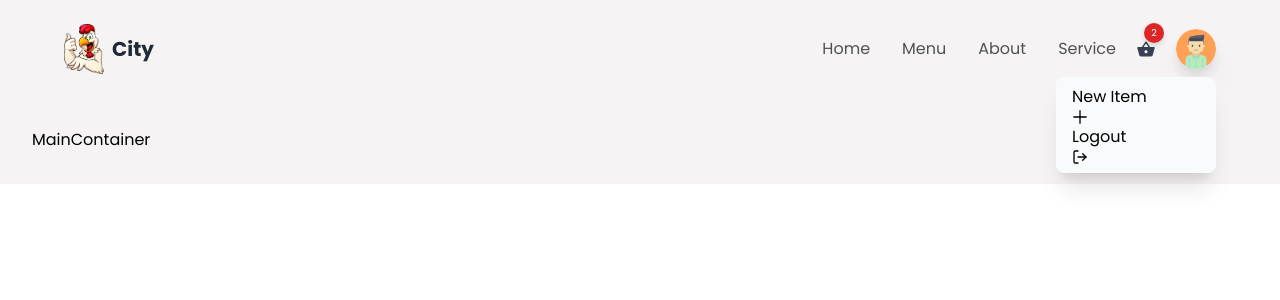
Repository: shikubro90/foodApp
Page: /
The author's editor kept a copy of each file at every save. The page is drawn from the files as they stood at one save, then again after a run of saves.
The browser window is 1280 px wide. The pictures show the whole page.
The project was rebuilt for these pictures with package versions that can differ from the ones it lists, and the page was loaded fresh each time. Also part of the build but not shown: src/Components/CreateContainer.jsx.

Above is the page before, as saved 2022-09-21 19:28:48.

### src/index.js
import React from 'react'
import ReactDOM from 'react-dom/client'
import './index.css'
import App from './App'

import {BrowserRouter} from 'react-router-dom'

import {StateProvider} from './context/StateProvider'
import {initialState} from './context/InitialState'
import reducer from './context/reducer'

const root = ReactDOM.createRoot(document.getElementById('root'));
root.render(
  <React.StrictMode>
    <BrowserRouter>
      <StateProvider initialState={initialState} reducer={reducer}>
        <App />
      </StateProvider>
    </BrowserRouter>
  </React.StrictMode>
);

### src/index.css
@import url(https://fonts.googleapis.com/css?family=Poppins:100,100italic,200,200italic,300,300italic,regular,italic,500,500italic,600,600italic,700,700italic,800,800italic,900,900italic);

*{
    margin: 0;
    padding: 0;
    box-sizing: border-box;
}
body{
    font-family: "Poppins", sans-serif, system-ui, -apple-system, BlinkMacSystemFont, 'Segoe UI', Roboto, Oxygen, Ubuntu, Cantarell, 'Open Sans', 'Helvetica Neue', sans-serif;
}

html, body{
    scroll-behavior: smooth;
}

@tailwind base;
@tailwind components;
@tailwind utilities;

@layer components {
    .newDishCard {
      @apply w-225 h-auto p-4 rounded-2xl shadow-2xl duration-100 ease-in-out bg-cardColor backdrop-blur-md hover:shadow-none hover:bg-gradient-to-bl from-emerald-400 to-emerald-700 flex flex-col items-center justify-center relative;
    }
  }

### src/App.js
import React from 'react'
import { Header, CreateContainer, MainContainer } from './Components'
import {Route, Routes} from 'react-router-dom'
import {AnimatePresence} from 'framer-motion'

const App = () => {
  return (
    <AnimatePresence>
      <div className="w-screen h-auto flex flex-col bg-primary ">
          <Header/>
          <main className='mt-24 p-8 w-full'>
            <Routes>
              <Route path='/' element={<MainContainer/>}/>
              <Route path='create' element={<CreateContainer/>}/>
            </Routes>
          </main>
      </div>
    </AnimatePresence>
  )
}

export default App

### src/context/InitialState.js
import { fetchUser } from "../utils/localStorageData"

const userInfo = fetchUser()

export const initialState = {
    user: userInfo,


}

### src/context/reducer.js
export const actionType = {
    SET_USER : "SET_USER"
};

const reducer = (state, action) =>{
    switch (action.type) {
        case actionType.SET_USER:
          return {
            ...state,
            user: action.user,
          };
        default :
        return state;
    }
}

export default reducer;

### src/Components/index.js
export {default as Header} from './Header'
export {default as MainContainer} from './MainContainer'
export {default as CreateContainer} from './CreateContainer'

### src/utils/localStorageData.js
export const fetchUser =()=>{
    const userInfo = localStorage.getItem("user") !== "undefined" ?
    JSON.parse(localStorage.getItem("user")): localStorage.clear();

    return userInfo
}

### src/Components/Header.jsx
import logo from '../img/logo.png'
import { IoMdBasket } from 'react-icons/io'
import {GrAdd} from 'react-icons/gr'
import {FiLogOut} from 'react-icons/fi'
import Avatar from '../img/avatar.png'
import { motion } from 'framer-motion'
import { Link, NavLink } from 'react-router-dom'

// firebase auth
import { getAuth, GoogleAuthProvider, signInWithPopup } from 'firebase/auth'

// get app from firebase.config.js file
import { app } from '../Firebase.config'
import { useStateValue } from '../context/StateProvider'
import { actionType } from '../context/reducer'


const Header = () => {

  const firebaseAuth = getAuth(app)
  const provider = new GoogleAuthProvider()
  const [{ user }, dispatch] = useStateValue();


  const login = async () => {
    if (!user){
      const {
        user: {refreshToken, providerData }
      } = await signInWithPopup(firebaseAuth, provider)
      dispatch({
        type: actionType.SET_USER,
        user: providerData[0],
      })
      localStorage.setItem("user", JSON.stringify(providerData[0]))
    }
  }


  return (
    <div className="fixed z-50 w-screen p-3 px-4 md:p-6 md:px-16 bg-primary">
      {/* Desktop & Tablet */}
      <div className="hidden md:flex w-full h-full items-center justify-between">
        <NavLink to={'/'}>
          <motion.div
            whileTap={{ scale: 0.6 }}
            className="flex items-center gap-2"
          >
            <img src={logo} alt="logo" className="w-10 object-cover" />
            <p className="text-gray-800 text-xl font-bold">City</p>
          </motion.div>
        </NavLink>

        <div className="flex justify-center items-center">
          <ul className="flex items-center justify-center gap-8 ml-auto">
            <li className="text-base text-textColor cursor-pointer hover:text-gray-600 duration-100 ease-in-out">
              Home
            </li>
            <li className="text-base text-textColor cursor-pointer hover:text-gray-600 duration-100 ease-in-out">
              Menu
            </li>
            <li className="text-base text-textColor cursor-pointer hover:text-gray-600 duration-100 ease-in-out">
              About
            </li>
            <li className="text-base text-textColor cursor-pointer hover:text-gray-600 duration-100 ease-in-out">
              Service
            </li>
          </ul>

          <div className="relative flex items-center justify-center ml-5 cursor-pointer">

            <motion.div whileTap={{ scale: 0.6 }}>
              <IoMdBasket className="text-xl text-gray-700" />
              <motion.span
                whileHover={{ scale: 1.1 }}
                className="drop-shadow-md rounded-full w-5 h-5 bg-cart bg-car bg-red-600 flex justify-center items-center text-[.6rem] text-white -top-4 -right-2 absolute"
              >
                2
              </motion.span>
            </motion.div>

          </div>

          <div className="relative">

            <motion.img
              whileTap={{ scale: 0.6 }}
              src={user ? user.photoURL : Avatar}
              alt=""
              className="w-6 h-6 min-w-[40px] min-h-[40px] ml-5 cursor-pointer drop-shadow-xl rounded-full"
              onClick={login}
            />
            <div className='w-40 shadow-xl absolute bg-gray-50 right-0 top-12 rounded-lg flex flex-col px-4 py-2'>
              <p className=''>New Item <GrAdd/></p>
              <p className=''>Logout <FiLogOut/></p>
            </div>

          </div>
        </div>
      </div>

      {/* Mobile */}
      <div className="flex md:hidden w-full h-full bg-blue-400">Mobile</div>
    </div>
  )
}

export default Header

### src/Firebase.config.js
import {getApp, getApps, initializeApp} from "firebase/app"
import {getFirestore} from "firebase/firestore"
import {getStorage} from "firebase/storage"

const firebaseConfig = {
    apiKey: "AIzaSyAGBeUhrzzT-68kroIN5G62mBqU-b-5so0",
    authDomain: "foodapp-6e162.firebaseapp.com",
    databaseURL: "https://foodapp-6e162-default-rtdb.firebaseio.com",
    projectId: "foodapp-6e162",
    storageBucket: "foodapp-6e162.appspot.com",
    messagingSenderId: "875229452645",
    appId: "1:875229452645:web:13552ebbe293467d7f698c"
  };

const app = getApps.length>0? getApp() : initializeApp(firebaseConfig);
const fireStore = getFirestore(app)
const storage = getStorage(app)

export {app, fireStore, storage}

### tailwind.config.js
/** @type {import('tailwindcss').Config} */
module.exports = {
  content: ['./src/**/*.{js,jsx,ts,tsx}'],
  theme: {
    extend: {
      width: {
        150: "150px",
        190: "190px",
        225: "225px",
        275: "275px",
        300: "300px",
        340: "340px",
        350: "350px",
        375: "375px",
        460: "460px",
        656: "656px",
        880: "880px",
        508: "508px",
      },
      height: {
        80: "80px",
        150: "150px",
        225: "225px",
        300: "300px",
        340: "340px",
        370: "370px",
        420: "420px",
        510: "510px",
        600: "600px",
        650: "650px",
        685: "685px",
        800: "800px",
        "90vh": "90vh",
      },
      minWidth: {
        210: "210px",
        350: "350px",
        620: "620px",
      },
      screens: {
        sm: "640px",
        md: "768px",
        lg: "1024px",
        xl: "1280px",
        "2xl": "1536px",
      },
      colors: {
        headingColor: "#2e2e2e",
        textColor: "#515151",
        cartNumBg: "#e80013",
        primary: "#f5f3f3",
        cardOverlay: "rgba(256,256,256,0.4)",
        lighttextGray: "#9ca0ab",
        card: "rgba(256,256,256,0.8)",
        cartBg: "#282a2c",
        cartItem: "#2e3033",
        cartTotal: "#343739",
      },
    },
  },
  plugins: [],
}

Loaded but not shown: src/context/StateProvider.js (common file); src/Components/MainContainer.jsx (common file)

After the next 4 saves:
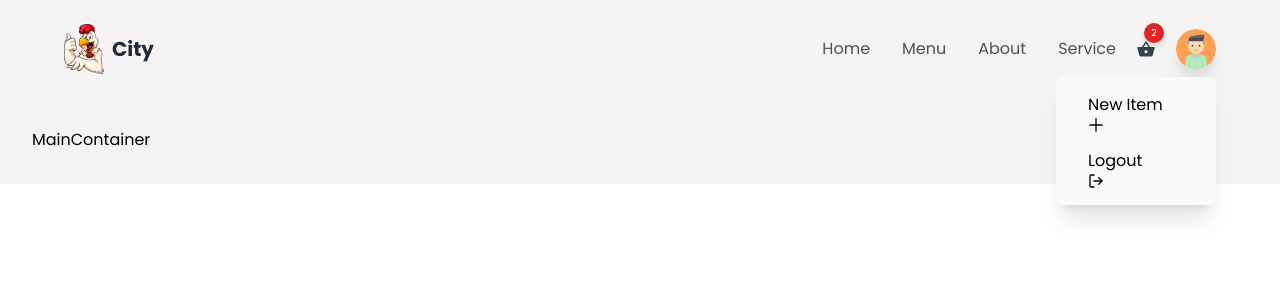
The 4 saves are shown as one change because they came seconds apart.
The last was saved 28 s later.
--- a/src/Components/Header.jsx
+++ b/src/Components/Header.jsx
@@ -90,8 +90,8 @@
               onClick={login}
             />
             <div className='w-40 shadow-xl absolute bg-gray-50 right-0 top-12 rounded-lg flex flex-col px-4 py-2'>
-              <p className=''>New Item <GrAdd/></p>
-              <p className=''>Logout <FiLogOut/></p>
+              <p className='px-4 py-2'>New Item <GrAdd/></p>
+              <p className='px-4 py-2'>Logout <FiLogOut/></p>
             </div>
 
           </div>

After the 2 saves that followed:
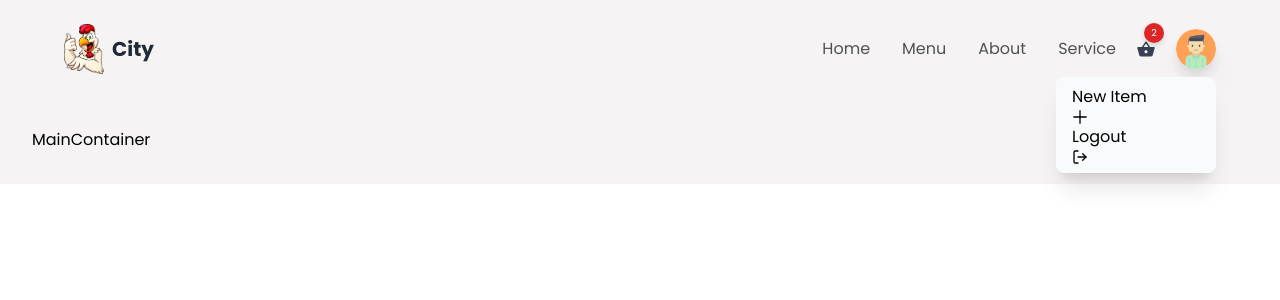
The 2 saves are shown as one change because they came seconds apart.
The last was saved 7 s later.
--- a/src/Components/Header.jsx
+++ b/src/Components/Header.jsx
@@ -90,8 +90,8 @@
               onClick={login}
             />
             <div className='w-40 shadow-xl absolute bg-gray-50 right-0 top-12 rounded-lg flex flex-col px-4 py-2'>
-              <p className='px-4 py-2'>New Item <GrAdd/></p>
-              <p className='px-4 py-2'>Logout <FiLogOut/></p>
+              <p className=''>New Item <GrAdd/></p>
+              <p className=''>Logout <FiLogOut/></p>
             </div>
 
           </div>
